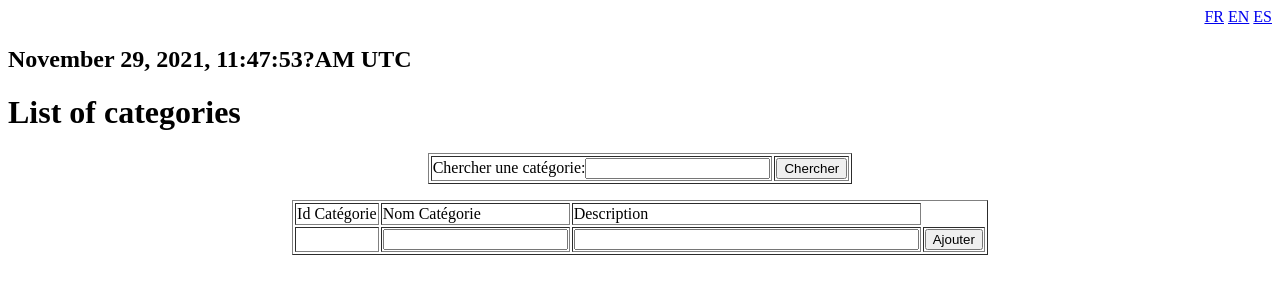
Repository: AYOUB-ELYOUSSOUFI/AllProject
Page: http://localhost/projectWebJSTL/Categorie.jsp
An editor plug-in stored every save of this project. The page is shown before and after the next save, followed by the edit.
The browser window is 1280 px wide. The pictures show the whole page.
The page is served by Tomcat 9. Nobody is signed in. The application's start-up code is not run. The template is opened directly, without the code that normally fills it, so the values that code supplies are empty.

Above is the page before, as saved 2021-12-01 11:46:22.

After the next save:
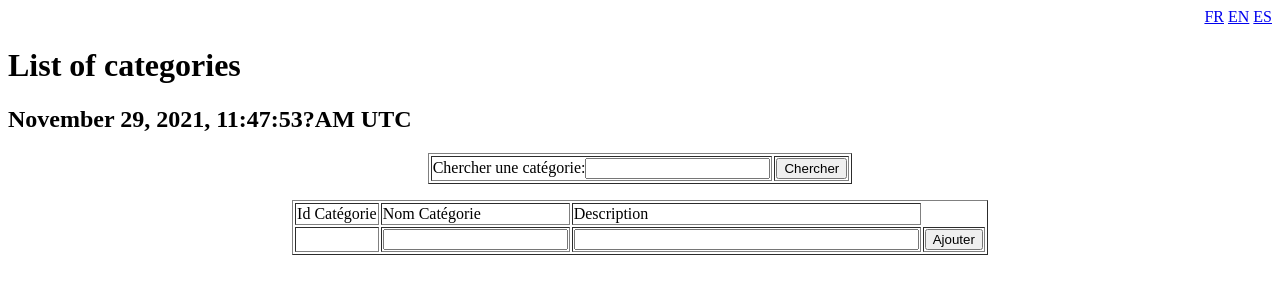
Saved 2 s later.
--- a/projectWebJSTL/src/main/webapp/Categorie.jsp
+++ b/projectWebJSTL/src/main/webapp/Categorie.jsp
@@ -30,12 +30,12 @@
 		<a href='<c:out value="${lngEs}"/>'>ES</a>
 	</p>
 	<c:set var="now" value="<%= new java.util.Date() %>" />
+	<h1>
+		<fmt:message key="categorie.titre.liste" />
+	</h1>
 	<h2>
 		<fmt:formatDate type="both" dateStyle="long" timeStyle="long" value="${now}"  />
 	</h2>
-	<h1>
-		<fmt:message key="categorie.titre.liste" />
-	</h1>
 	<form method='post' action='adminCategorie'>
 		<table border='1' align='center'>
 			<tr>
